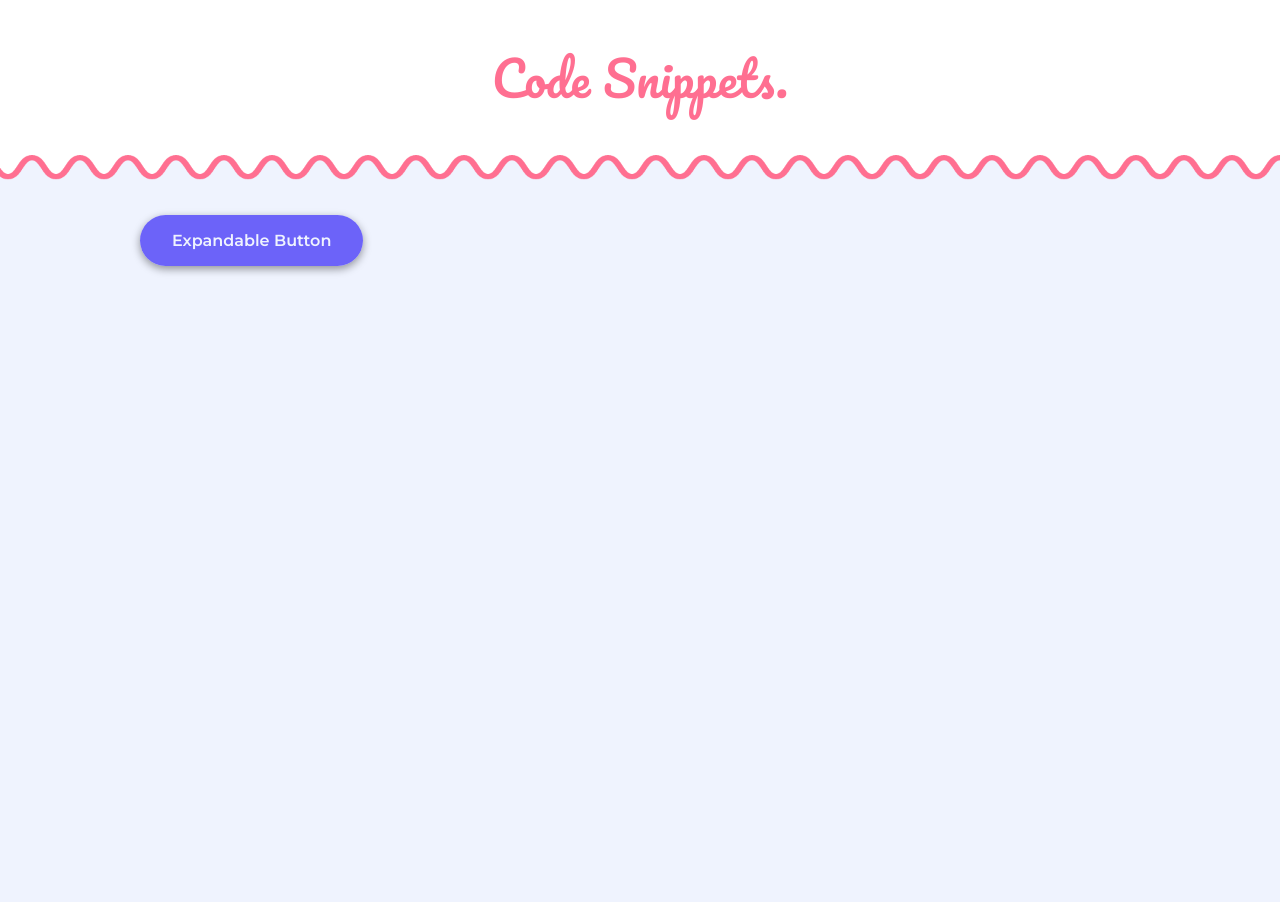
Repository: vikatgen/code-snippets
Page: index.html
An editor plug-in stored every save of this project. The page is shown before and after a run of saves, followed by the edit.
The browser window is 1280 px wide. The pictures show the whole page.
The style sheet was rebuilt from its Sass, Less or Tailwind sources for each picture, by a compiler version that may differ from the author's.

Above is the page before, as saved 2020-03-30 23:51:39.

### index.html
<!DOCTYPE html>
<html lang="en">
  <head>
    <meta charset="UTF-8" />
    <meta name="viewport" content="width=device-width, initial-scale=1.0" />
    <link rel="stylesheet" href="/css/normalize.css" />
    <link rel="stylesheet" href="/css/mainpage-styles.css" />
    <title>Code Snippets</title>
  </head>
  <body>
    <section id="heading-section">
      <div class="container">
        <div class="header-wrapper">
          <span>Code Snippets.</span>
        </div>
      </div>
    </section>
    <section id="page-break">
      <img src="/assets/page-snip.png" alt="" />
    </section>
    <section class="links-section">
      <div class="container">
        <div class="link-wrapper">
          <a href="/expandable-button/expandable-button.html"
            >Expandable Button</a
          >
        </div>
      </div>
    </section>
  </body>
</html>

### css/mainpage-styles.scss
@import url("https://fonts.googleapis.com/css?family=Montserrat:400,600,700|Pacifico&display=swap");

$heading: "Pacifico", cursive;
$ff-normal: "Montserrat", sans-serif;
$text-color: #eff3fe;
$heading-color: #ff6f91;

.container {
  width: 90%;
  max-width: 1000px;
  margin: auto;
}

.link-wrapper {
  padding-top: 50px;
  a {
    text-decoration: none;
    font-family: $ff-normal;
    color: $text-color;
    font-weight: 600;
    background: #6c63f9;
    padding: 16px 32px;
    border-radius: 50px;
    box-shadow: 0 3px 8px rgba($color: black, $alpha: 0.4);
  }
}

.header-wrapper {
  width: 100%;
  text-align: center;
  margin: 50px 0px;
  span {
    font-family: $heading;
    font-size: 3rem;
    color: $heading-color;
  }
}

#page-break {
  width: 100vw;
  height: auto;
  overflow: hidden;
  margin-bottom: -8px;
  img {
    width: 100%;
  }
}

.links-section {
  width: 100vw;
  height: 100vh;
  background: #eff3fe;
}

Loaded but not shown: css/normalize.css (library)

After the next 2 saves:
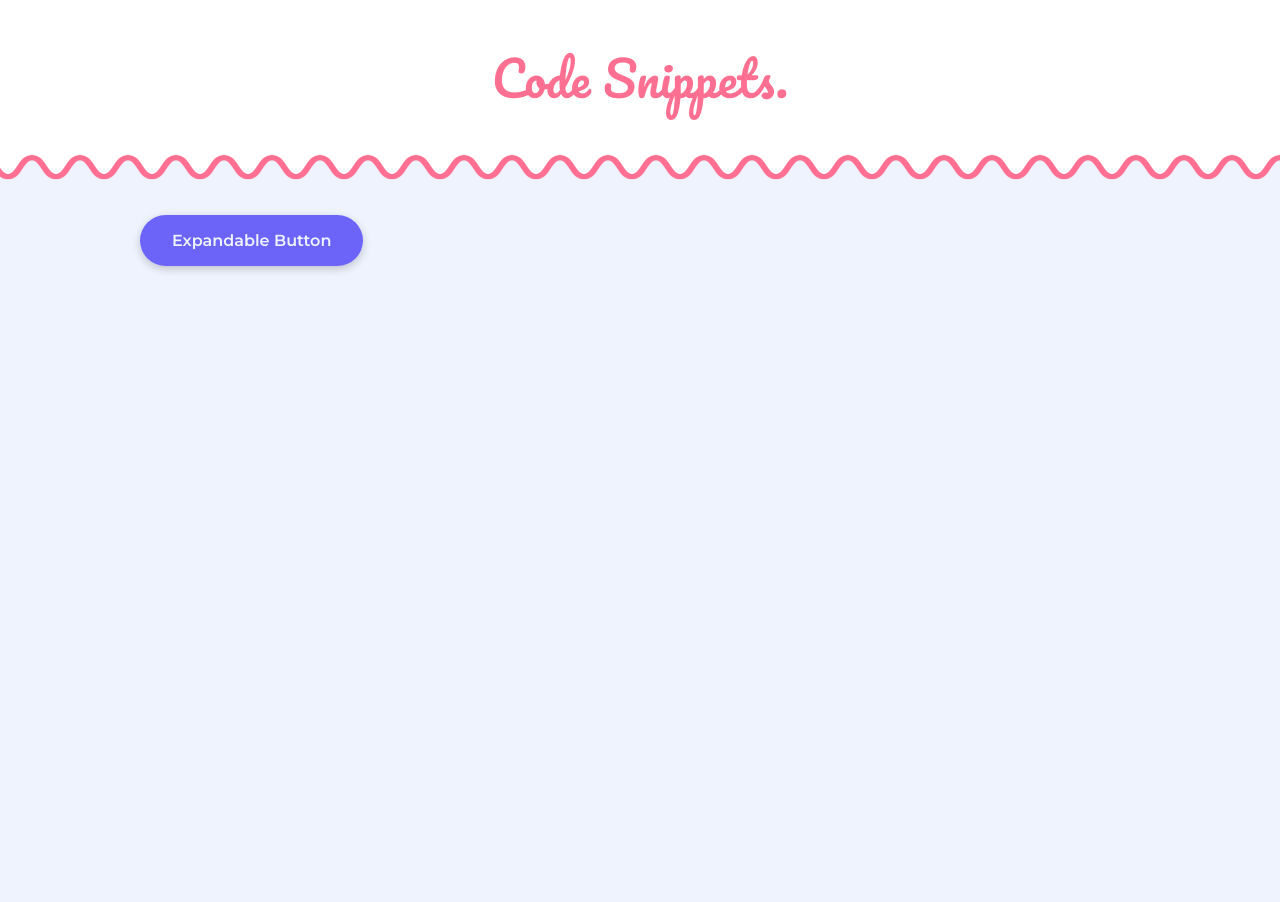
The 2 saves are shown as one change because they came seconds apart.
The last was saved 7 s later.
--- a/css/mainpage-styles.scss
+++ b/css/mainpage-styles.scss
@@ -21,7 +21,7 @@ $heading-color: #ff6f91;
     background: #6c63f9;
     padding: 16px 32px;
     border-radius: 50px;
-    box-shadow: 0 3px 8px rgba($color: black, $alpha: 0.4);
+    box-shadow: 0 3px 8px rgba($color: black, $alpha: 0.2);
   }
 }
 
